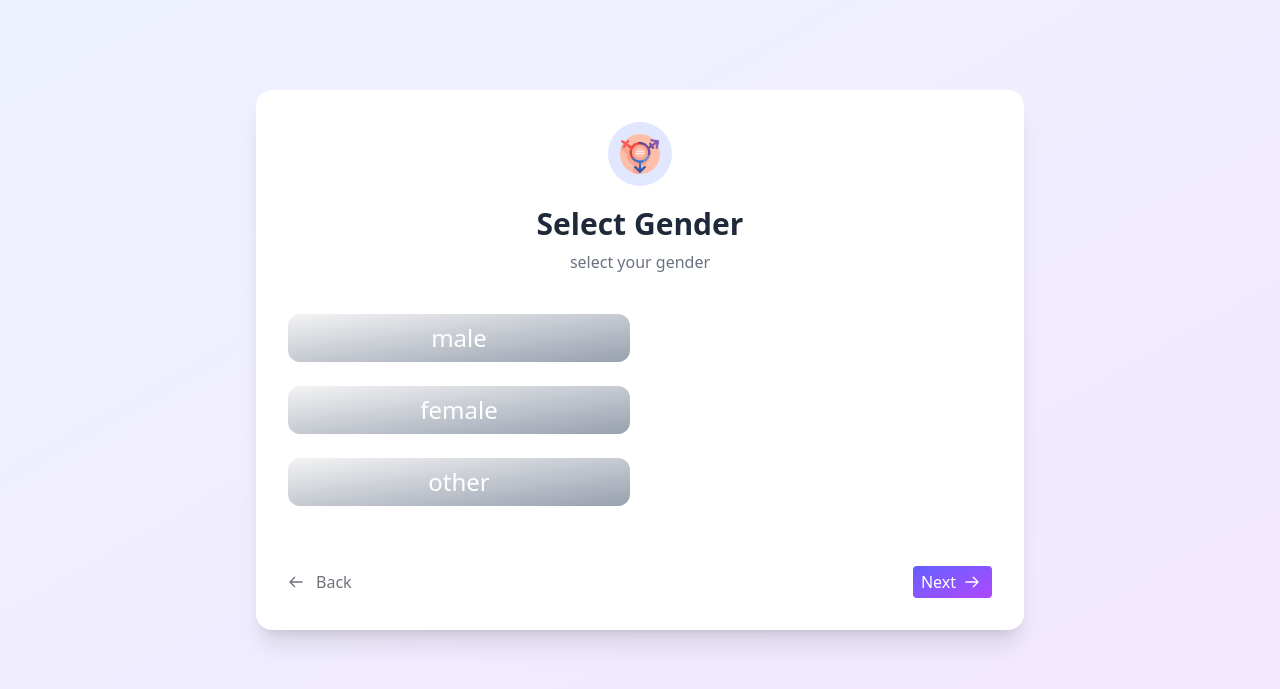
Repository: aryan151pratap/FitPanda
Page: / (app in frontened/), after clicking the first element matching `button.px-2`
The author's editor kept a copy of each file at every save. The page is drawn from the files as they stood at one save, then again after the next save.
The browser window is 1280 px wide. The pictures show the whole page.
The project was rebuilt for these pictures with package versions that can differ from the ones it lists, and the page was loaded fresh each time. Also part of the build but not shown: frontened/vite.config.js, frontened/src/App.css, frontened/src/components/page_1.jsx, frontened/src/login/login.jsx, frontened/src/login/sign_up.jsx, frontened/src/login/otp.jsx, frontened/src/notification/notify.jsx.

Above is the page before, as saved 2025-06-04 23:57:13.

After the next save:
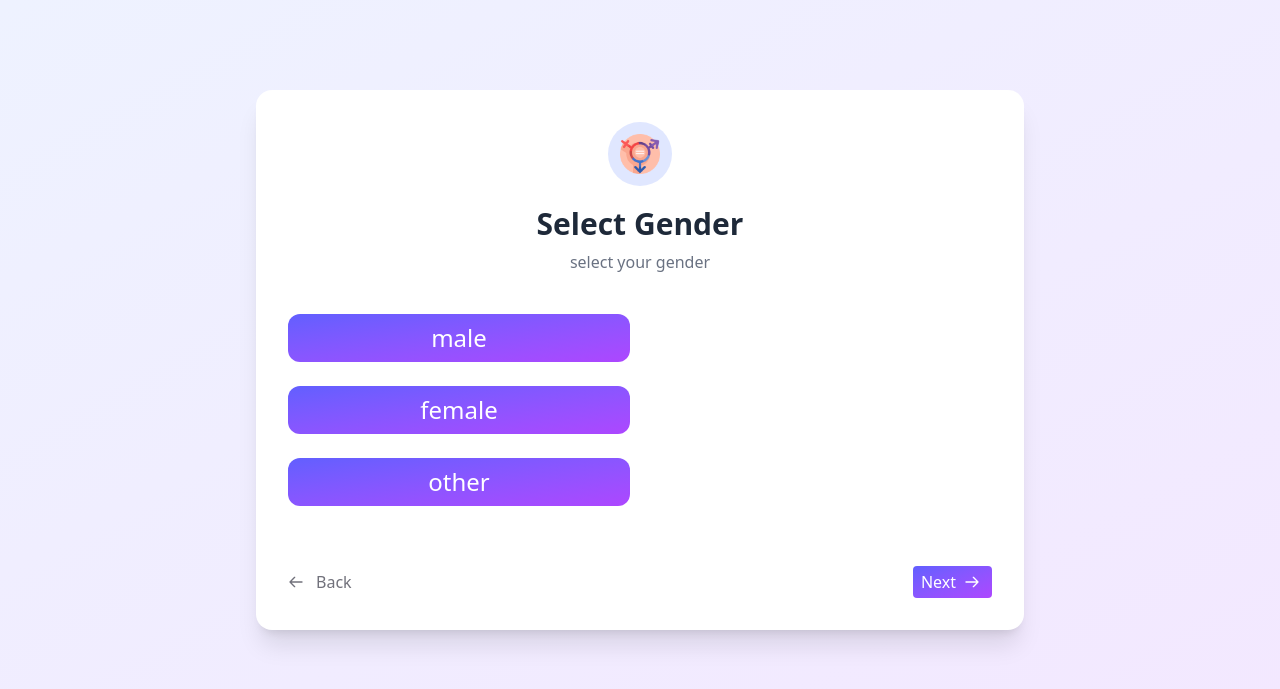
Saved 95 s later.
--- a/frontened/src/about_user/gender.jsx
+++ b/frontened/src/about_user/gender.jsx
@@ -49,7 +49,7 @@
 						<div className="w-fill flex flex-col gap-6 mt-5">
 						{gen.map((i, index) => (
 							<div key={index}>
-								<button className={`w-full p-2 text-white text-2xl rounded-xl bg-gradient-to-br ${gender === i.name ? 'from-zinc-100 to-gray-400' : 'from-zinc-100 to-gray-400'} cursor-pointer transition hover:px-4`}
+								<button className={`w-full p-2 text-white text-2xl rounded-xl bg-gradient-to-br ${gender === i.name ? 'from-zinc-100 to-gray-400' : 'from-indigo-500 to-purple-500'} cursor-pointer transition hover:px-4`}
 								onClick={() => {
 									setGender(i.name);
 									setImage(i.image)

After the 2 saves that followed:
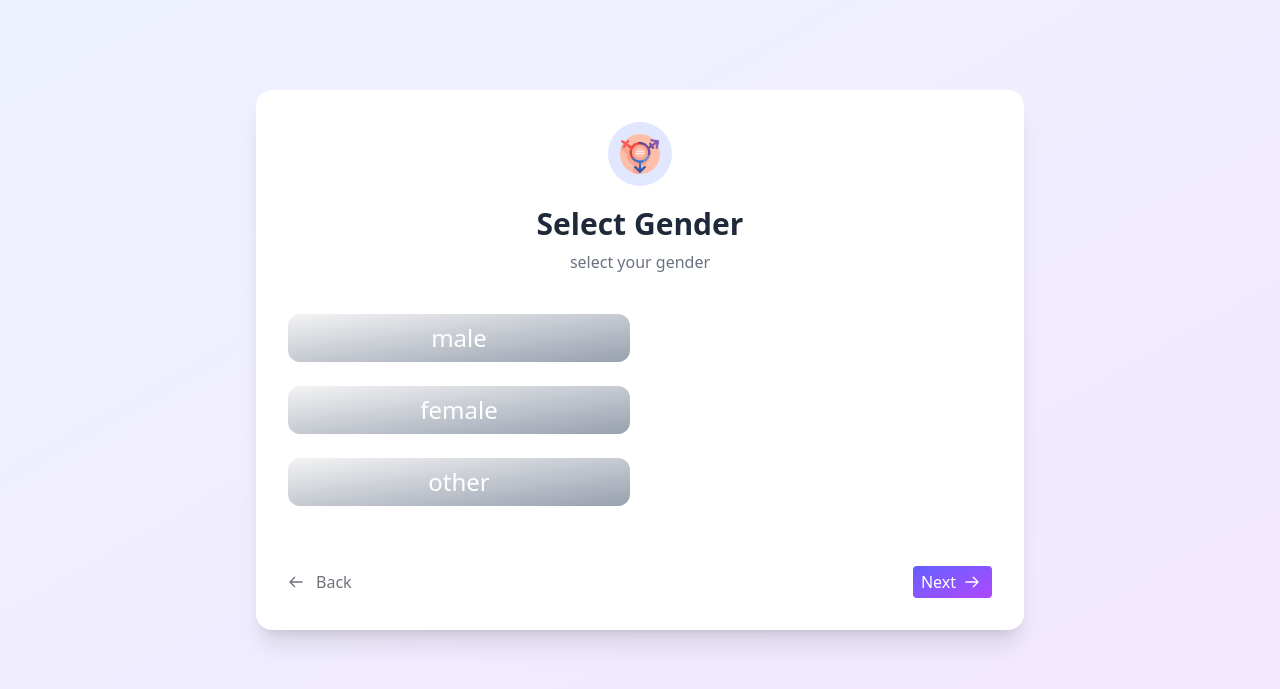
The 2 saves are shown as one change because 1 left the picture as it was.
The last was saved 36 s later.
--- a/frontened/src/about_user/gender.jsx
+++ b/frontened/src/about_user/gender.jsx
@@ -49,7 +49,7 @@
 						<div className="w-fill flex flex-col gap-6 mt-5">
 						{gen.map((i, index) => (
 							<div key={index}>
-								<button className={`w-full p-2 text-white text-2xl rounded-xl bg-gradient-to-br ${gender === i.name ? 'from-zinc-100 to-gray-400' : 'from-indigo-500 to-purple-500'} cursor-pointer transition hover:px-4`}
+								<button className={`w-full p-2 text-white text-2xl rounded-xl bg-gradient-to-br ${gender === i.name ? 'from-indigo-500 to-purple-500' : 'from-zinc-100 to-gray-400'} cursor-pointer transition hover:px-4`}
 								onClick={() => {
 									setGender(i.name);
 									setImage(i.image)
